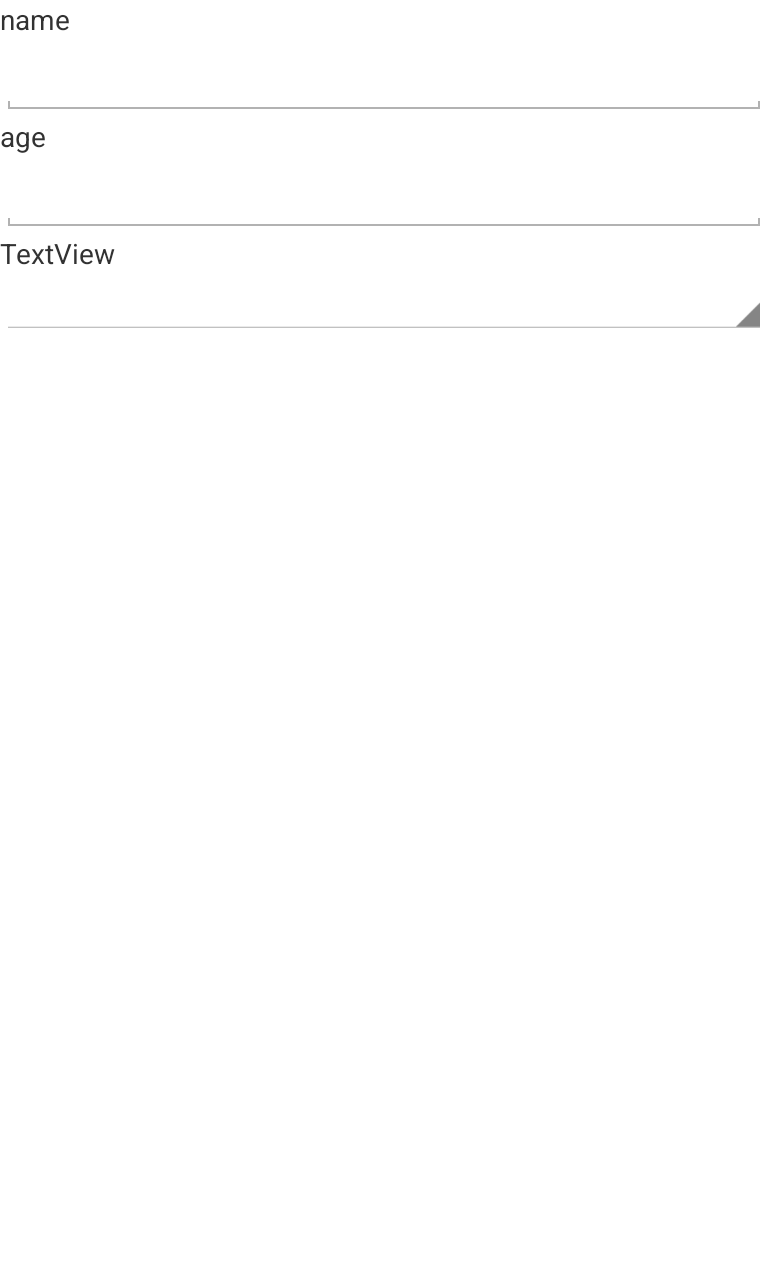
Repository: superlikex/Android_task
Layout: DatabaseTest/res/layout/activity_add.xml
These files come from the project's save history. The layout is drawn as it stood at one moment and after the next save; the edit follows.
It is drawn on a 768 x 1280 px phone screen (xhdpi) without system bars, with theme AppTheme; the app's code is not run.

Above is the layout before, as saved 2015-12-06 05:53:32.

After the next save:
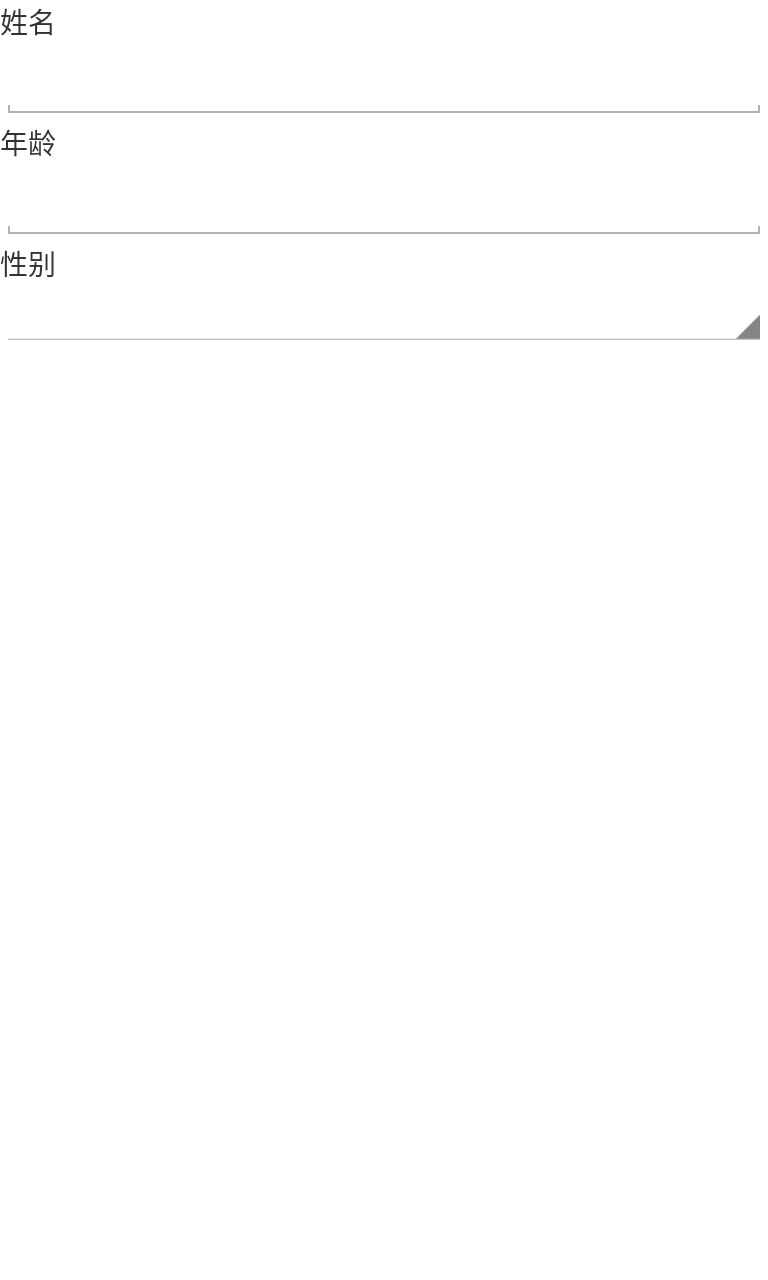
Saved 57 s later.
--- a/DatabaseTest/res/layout/activity_add.xml
+++ b/DatabaseTest/res/layout/activity_add.xml
@@ -10,7 +10,7 @@
         android:id="@+id/text_name"
         android:layout_width="wrap_content"
         android:layout_height="wrap_content"
-        android:text="name" />
+        android:text="姓名" />
 
     <EditText
         android:id="@+id/edit_name"
@@ -25,7 +25,7 @@
         android:id="@+id/text_age"
         android:layout_width="wrap_content"
         android:layout_height="wrap_content"
-        android:text="age" />
+        android:text="年龄" />
 
     <EditText
         android:id="@+id/edit_age"
@@ -38,7 +38,7 @@
         android:id="@+id/text_sex"
         android:layout_width="wrap_content"
         android:layout_height="wrap_content"
-        android:text="TextView" />
+        android:text="性别" />
 
     <Spinner
         android:id="@+id/spin_sex"
